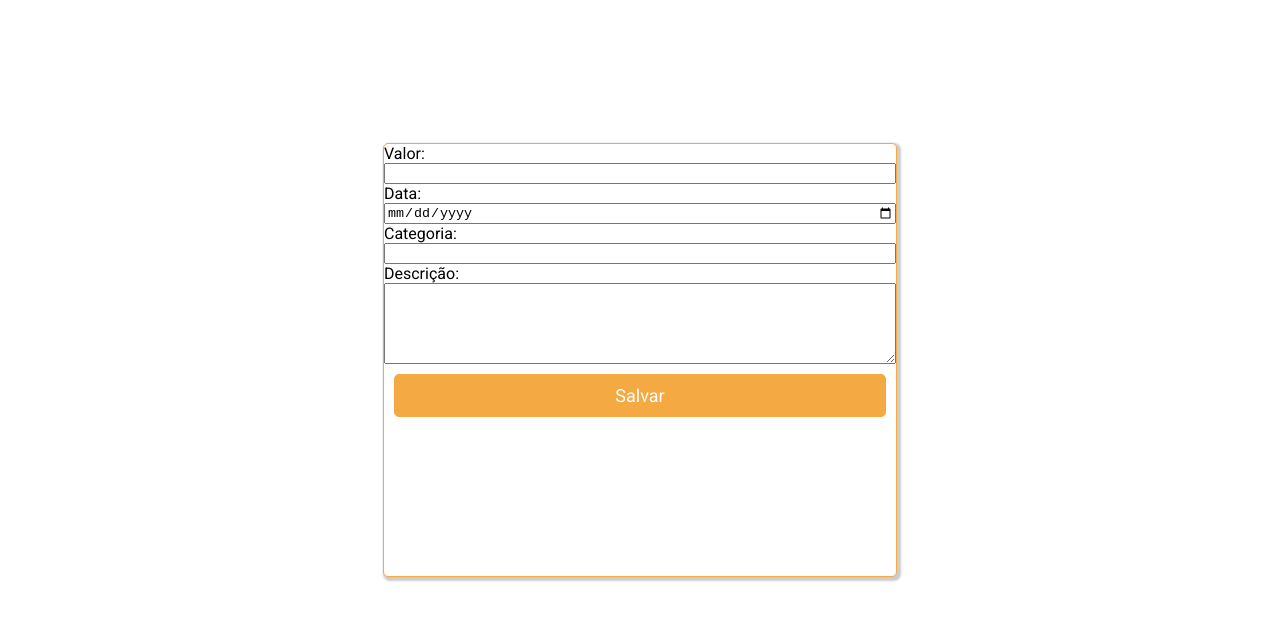
Repository: alexsanderkafka/java-servlets
Page: http://localhost/SaveMoney/cadastrarDespesa.jsp
An editor plug-in stored every save of this project. The page is shown before and after the next save, followed by the edit.
The browser window is 1280 px wide. The pictures show the whole page.
The page is served by Tomcat 9. Nobody is signed in. The application's start-up code is not run.

Above is the page before, as saved 2024-10-03 12:41:57.

After the next save:
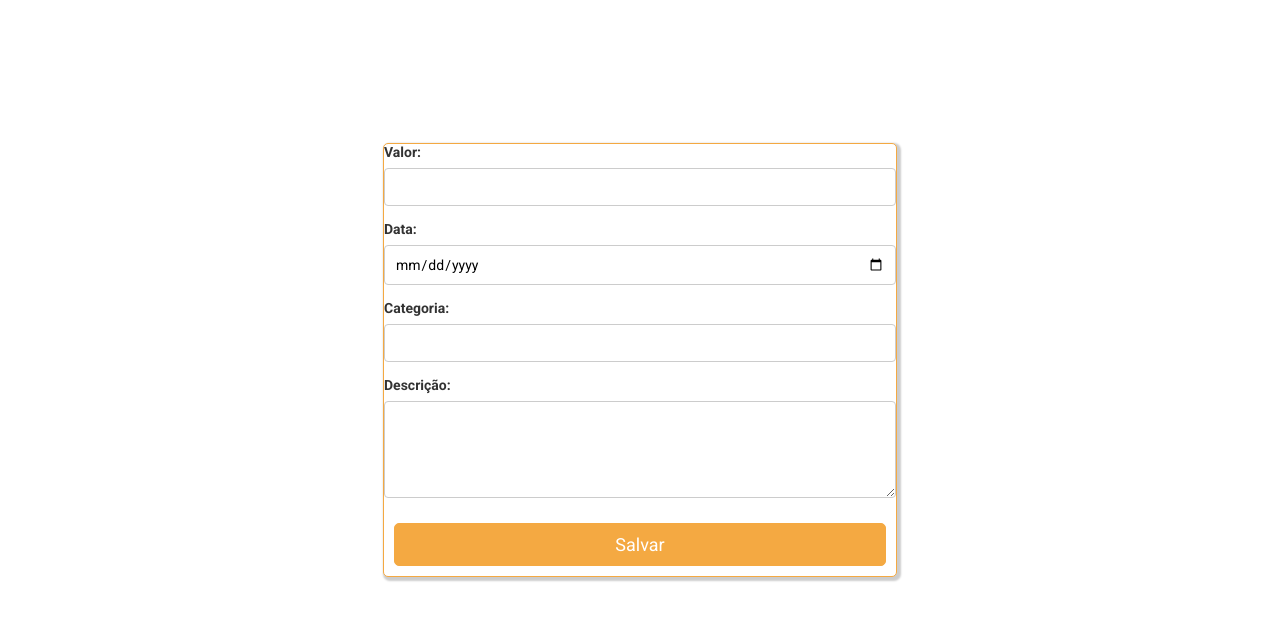
Saved 19 s later.
--- a/SaveMoney/src/main/webapp/styles/style.css
+++ b/SaveMoney/src/main/webapp/styles/style.css
@@ -89,3 +89,29 @@
     justify-content: center;*/
     box-shadow: 2px 2px 2px 2px rgba(0, 0, 0, 0.2);
 }
+
+.container-initial label {
+    display: block;
+    margin-bottom: 8px;
+    font-weight: bold;
+    font-size: 14px;
+    color: #333;
+}
+
+.container-initial input[type="number"],
+.container-initial input[type="date"],
+.container-initial input[type="text"],
+.container-initial textarea {
+    width: 100%;
+    padding: 10px;
+    margin-bottom: 15px;
+    border: 1px solid #ccc;
+    border-radius: 4px;
+    box-sizing: border-box;
+    font-family: 'Roboto', sans-serif;
+    font-size: 14px;
+}
+
+.container-initial textarea {
+    resize: vertical;
+}
